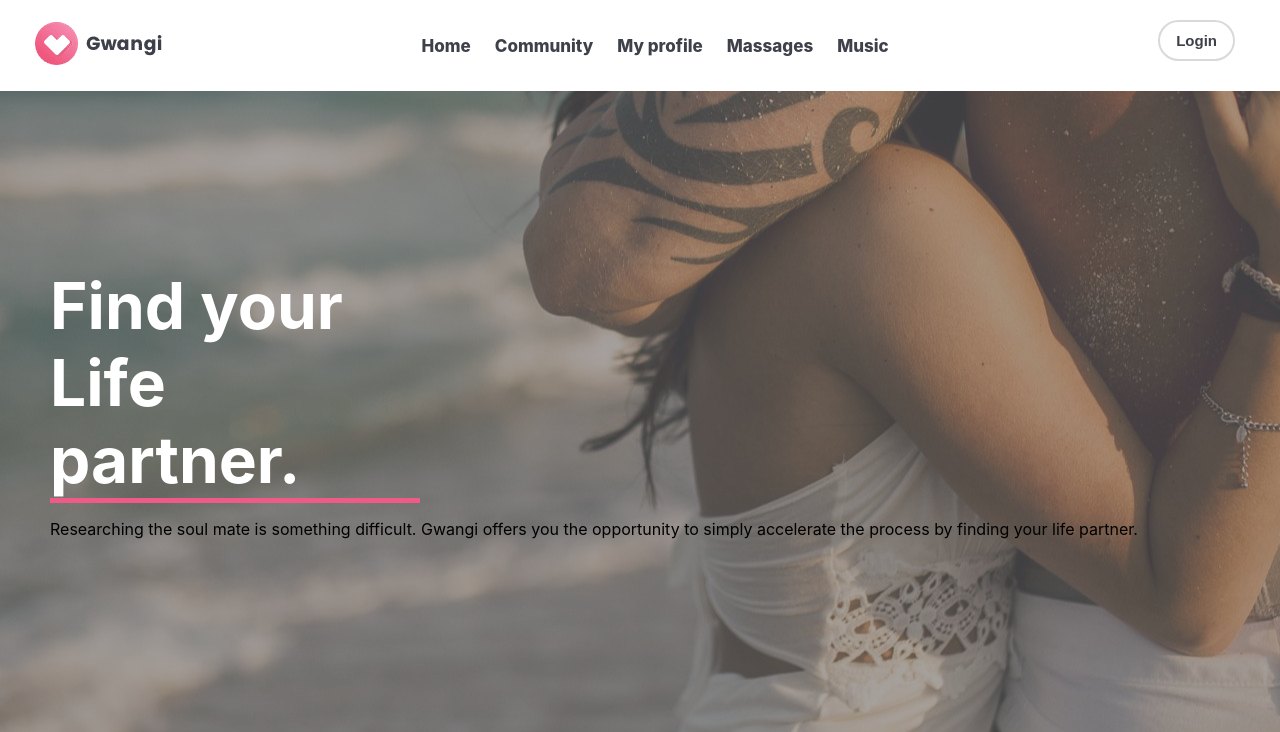
Repository: ShokunLiubov/Soc-Network-React
Page: /login
An editor plug-in stored every save of this project. The page is shown before and after the next save, followed by the edit.
The browser window is 1280 px wide. The pictures show the whole page.
The project was rebuilt for these pictures with package versions that can differ from the ones it lists, and the page was loaded fresh each time. Also part of the build but not shown: src/components/common/Paginator/Paginator.module.css, src/components/common/Paginator/Paginator.jsx, src/components/Community/Community.module.css, src/components/Community/Friend/Friend.jsx, src/components/Community/Community.jsx, src/components/common/Preloader/Preloader.jsx, src/components/Community/CommunityContainer.jsx, src/components/Dialogs/Dialogs.module.css and 14 more.

Above is the page before, as saved 2022-08-24 17:39:32.

### src/index.js
import reportWebVitals from './reportWebVitals';
import store from './redux/redux-store';
import React from 'react';
import ReactDOM from 'react-dom/client';
import './index.css';
import App from './App';
import { BrowserRouter } from 'react-router-dom';
import { Provider } from 'react-redux'

const root = ReactDOM.createRoot(document.getElementById('root'));

  root.render(

      <BrowserRouter>
        <Provider store={store}>
          <App />
        </Provider>
      </BrowserRouter>


  );


// If you want to start measuring performance in your app, pass a function
// to log results (for example: reportWebVitals(console.log))
// or send to an analytics endpoint. Learn more: https://bit.ly/CRA-vitals
reportWebVitals();

### src/redux/redux-store.js
import {combineReducers, legacy_createStore as createStore} from "redux"
import dialogsReducer from "./dialogs-reducer"
import profileReducer from "./profile-reducer"
import communityReducer from "./community-reducer"
import authReducer from "./auth-reducer"

let reducers = combineReducers({
    profilePage : profileReducer,
    dialogsPage : dialogsReducer,
    communityPage : communityReducer,
    auth: authReducer
})

let store = createStore(reducers)

export default store;

### src/App.js
import React from 'react';
import { Routes, Route } from "react-router-dom";
import './App.css';
import Registration from './components/Auth/Registration/Registration';
import CommunityContainer from './components/Community/CommunityContainer';
import DialogsContainer from './components/Dialogs/DialogsContainer';
import Home from './components/Home/Home';
import Music from './components/Music/Music';
import Navbar from './components/Navbar/Navbar';
import ProfileContainer from './components/Profile/ProfileContainer';

function App(props) {
  return (

    <div className='app-wrapper'>
      <Navbar />
      <Routes>
        <Route path='/home/*' element={<Home />} />

        <Route path='/community/*' element={<CommunityContainer />} />

        <Route path='/profile/:id' element={<ProfileContainer />} />
        <Route path='/profile/*' element={<ProfileContainer />} />

        <Route path='/dialogs/*' element={<DialogsContainer />} />

        <Route path='/music/*' element={<Music />} />

        <Route path='/login/*' element={<Registration />} />

      </Routes>

    </div>

  );
}

export default App;

### src/redux/dialogs-reducer.js
const SAND_MASSAGE = 'SAND-MASSAGE'
const UPDATE_NEW_MASSAGE_TEXT = 'UPDATE-NEW-MASSAGE-TEXT'

let initialState = {
    dialogsData: [
        { id: 1, name: 'Vika', ava: './../images/ava-w1.jpeg' },
        { id: 2, name: 'Eugen', ava: './../images/ava-m2.png' },
        { id: 3, name: 'Liubov', ava: './../images/ava-w3.jpeg' },
        { id: 4, name: 'Max', ava: './../images/ava-m1.jpeg' },
        { id: 5, name: 'Nika', ava: './../images/ava-w2.webp' }
    ],
    massagesData: [
        { id: 1, massage: 'Hi' },
        { id: 2, massage: 'How are you?' },
        { id: 3, massage: 'I am okey!' }
    ],
    newMassageText: ''
}

const dialogsReducer = (state = initialState, action) => {

    switch (action.type) {
        case SAND_MASSAGE:
            let text = state.newMassageText
            return {
                ...state,
                newMassageText: '',
                massagesData: [...state.massagesData, {id: Date.now(),massage: text}]
            }

        case UPDATE_NEW_MASSAGE_TEXT:
            return {
                ...state,
                newMassageText: action.newText
            }

        default:
            return state
    }

}

export const sandMassage = () => ({ type: SAND_MASSAGE })

export const onMassageChange = (text) =>
    ({ type: UPDATE_NEW_MASSAGE_TEXT, newText: text })

export default dialogsReducer;

### src/redux/profile-reducer.js
const ADD_POST = 'ADD-POST'
const UPDATE_NEW_POST_TEXT = 'UPDATE-NEW-POST-TEXT'
const SET_USER_PROFILE = 'SET-USER-PROFILE'

let initialState = {
    userProfile: {},
    postsData: [
        { id: 1, massage: 'Hi, how are you?', countLikes: '12', time: '29 minutes ago' },
        { id: 2, massage: 'It is my first post', countLikes: '99+', time: 'yesterday' },
        { id: 3, massage: 'My name Liubov, I am wife Eugen', countLikes: '32', time: 'week ago' }
    ],
    newPostText: ''
}

const profileReducer = (state = initialState, action) => {
    switch (action.type) {
        case ADD_POST:
            let newPost = {
                id: Date.now(),
                massage: state.newPostText,
                countLikes: '0',
                time: new Date().toLocaleTimeString()
            }
            return {
                ...state,
                newPostText: '',
                postsData: [newPost, ...state.postsData]
            }

        case UPDATE_NEW_POST_TEXT:
            return {
                ...state,
                newPostText: action.newText
            }
        case SET_USER_PROFILE:
            return {
                ...state,
                userProfile: action.profile

            }
        default:
            return state
    }


}

export const addPost = () => ({ type: ADD_POST })

export const updateNewPostText = (text) =>
    ({ type: UPDATE_NEW_POST_TEXT, newText: text })

export const setUserProfile = (profile) =>
    ({ type: SET_USER_PROFILE, profile})


export default profileReducer;

### src/redux/community-reducer.js
const FOLLOW = 'FOLLOW'
const UN_FOLLOW = 'UN-FOLLOW'
const SET_USERS = 'SET-USERS'
const SET_PAGE = 'SET-PAGE'
const SET_USERS_TOTAL_COUNT = 'SET-USERS-TOTAL-COUNT'
const TOGGLE_IS_FETCHING = 'TOGGLE-IS-FETCHING'

let initialState = {
    userData: [ ],
    pageSize: 10,
    totalUsersCount: 0,
    currentPage: 1,
    currentPageSize: 1,
    isFetching: false
}
const communityReducer = (state = initialState, action) => {
    switch (action.type) {
        case FOLLOW:
            return {
                ...state,
                userData: state.userData.map (user => {
                    if(user.id === action.userID) {
                        return {...user, followed: true}
                    }
                    return user
                })
            }
        case UN_FOLLOW:
            return {
                ...state,
                userData: state.userData.map (user => {
                    if(user.id === action.userID) {
                        return {...user, followed: false}
                    }
                    return user
                })
            }
        case SET_USERS:
            return {
                ...state,
                userData: action.users
            }
        case SET_PAGE:
            return {
                ...state,
                currentPage: action.page
                }
        case SET_USERS_TOTAL_COUNT:
            return {
                ...state,
                totalUsersCount: action.UsersTotalCount
            }
        case TOGGLE_IS_FETCHING:
            return {
                ...state,
                isFetching: action.isFetching
            }
        default:
            return state
    }
}

export const follow = (userID) => ({ type: FOLLOW, userID })

export const unFollow = (userID) => ({ type: UN_FOLLOW, userID })

export const setUsers = (users) => ({ type: SET_USERS, users })

export const setPage = (page) => ({ type: SET_PAGE, page })

export const setUsersTotalCount = (UsersTotalCount) => ({ type: SET_USERS_TOTAL_COUNT, UsersTotalCount })

export const toggleFetching = (isFetching) => ({ type: TOGGLE_IS_FETCHING, isFetching })

export default communityReducer;


// Создать кнопки prev next
// if(currentPage > 1) { prev
// } минус 1  при отрисовки подставляться значения, исключение первая страница
// Отображать в пагинации 5 стр и одну последнюю , учесть если будет меньше 5 стр

### src/redux/auth-reducer.js
const SET_USER_DATA = 'SET-USER-DATA'
// const UN_FOLLOW = 'UN-FOLLOW'

let initialState = {
    userId: undefined,
    email: undefined,
    login: undefined,
    isFetching: false
}
const authReducer = (state = initialState, action) => {
    switch (action.type) {
        case SET_USER_DATA:
            return {
                ...state,
                ...action.data
            }
        // case TOGGLE_IS_FETCHING:
        //     return {
        //         ...state,
        //         isFetching: action.isFetching
        //     }
        default:
            return state
    }
}

export const setUserData = (userId, email, login) => ({ type: SET_USER_DATA, data: {userId, email, login} })

// export const toggleFetching = (isFetching) => ({ type: TOGGLE_IS_FETCHING, isFetching })

export default authReducer;

### src/components/Auth/Registration/Registration.jsx
import React from 'react';
import styles from './Registration.module.css'

const Registration = () => {
    return (
        <div className={styles.background}>
            <div className={styles.registration}>
            <div className={styles.title}>Find your <br/>
            Life partner.</div>
            <p>Researching the soul mate is something difficult. Gwangi offers you the opportunity to simply accelerate the process by finding your life partner.</p>
            </div>

        </div>
    )
}

export default Registration;

### src/components/Dialogs/DialogsContainer.jsx
import React from 'react';
import { sandMassage, onMassageChange } from '../../redux/dialogs-reducer';
import Dialogs from './Dialogs';
import { connect } from 'react-redux'


let mapStateToProps = (state) => {
    return {
        dialogsData: state.dialogsPage.dialogsData,
        massagesData: state.dialogsPage.massagesData,
        newMassageText: state.dialogsPage.newMassageText
    }
}

const DialogsContainer = connect(mapStateToProps, { sandMassage, onMassageChange })(Dialogs)

export default DialogsContainer;

### src/components/Navbar/Navbar.jsx
import React from 'react';
import { NavLink } from 'react-router-dom';
import styles from './Navbar.module.css'

const Navbar = () => {
    return (
        <div className={styles.navbar}>
            {/* LOGO */}
            <div className={styles.logo}><img src='./../images/logotype.png' /></div>
             {/* LOGO */}

            {/* MENU */}
            <nav className={styles.menu}>
                <div className={styles.item}>
                    <NavLink to='/home' className={navData => navData.isActive ? styles.active : styles.item}>Home</NavLink>
                </div>
                <div className={styles.item}>
                    <NavLink to='/community' className={navData => navData.isActive ? styles.active : styles.item}>Community</NavLink>
                </div>
                <div className={styles.item}>
                    <NavLink to='/profile' className={navData => navData.isActive ? styles.active : styles.item}>My profile</NavLink>
                </div>
                <div to='/dialogs' className={styles.item}>
                    <NavLink to='/dialogs' className={navData => navData.isActive ? styles.active : styles.item}>Massages</NavLink>
                </div>
                <div className={styles.item}>
                    <NavLink to='/music' className={navData => navData.isActive ? styles.active : styles.item}>Music</NavLink>
                </div>
            </nav>
            {/* MENU */}

            {/* LOGIN */}
            <NavLink to='/login' className={styles.login}>
                <button className='button'>Login</button>
            </NavLink>
            {/* LOGIN */}

        </div>
    )
}

export default Navbar;

### src/components/Auth/Registration/Registration.module.css
.background {
    background-image: url(./../../../../public/images/registration-bgr.jpeg);
    background-repeat: no-repeat;
    background-position: center;
    width: 100%;
    height: 89vh;
    position: relative;
    display: flex;
    align-items: center;
}

.background::before {
    content: " ";
    width: 100%;
    height: 89vh;
    background-color: #696a6e99;
    position: absolute;
    z-index: 1;
}

.registration {
    margin-left: 50px;
    position: relative;
    z-index: 20;
}

.title {
    color: #ffffff;
    font-size: 64px;
    max-width: 370px;
    font-weight: 700;
    border-bottom: 5px solid #ef5b86;
}

### src/components/Navbar/Navbar.module.css
.navbar {
    display: flex;
    justify-content: space-between;
    align-items: center;
    padding: 20px 35px;
    background-color: #ffffff;
}

.logo {
    cursor: pointer;
}

.menu {
    display: flex;
}

.item a {
    margin: 0 12px;
    font-size: 17px;
    color: #3e404a;
    font-weight: 800;
    cursor: pointer;
    text-decoration: none;
}

.item a.active {
    color: #ef5b86;
}

.login {
    text-decoration: none;
}

### src/components/Profile/Profile_body/MyPosts/Post/Post.module.css
.post {
    background-color: #ffffff;
    border: 1px solid #e8e8e9;
    border-radius: 10px;
    margin: 50px 0;
    position: relative;
    width: 70%;
    min-height: 100px;
}

.personInfo img {
    position: absolute;
    top: -20px;
    left: -20px;
    width: 80px;
    height: 80px;
    object-fit: cover;
    border-radius: 10px;
}

.personInfo {
    display: flex;
}

.postInfo {
    margin: 10px 80px;
}

.nickname {
    color: #3e404a;
    font-size: 18px;
    font-weight: 700;
}

.time {
    color: #9da6b0;
    font-size: 12px;
    font-weight: 600;
    margin-top: 5px;
}

.massage {
    color: #9ca6af;
    font-size: 15px;
    font-weight: 700;
    margin: 10px 80px;
}

.like {
    width: 100%;
    display: flex;
    justify-content: end;
}

button{
    background: none;
    border: none;
    display: flex;
    align-items: center;
    margin: 0 10px 10px;
}

.countLike {
    margin-left: 5px;
    color: #9da6b0;
    font-size: 12px;
    font-weight: 500;
}

Loaded but not shown: public/index.html (common file); src/reportWebVitals.js (common file); src/index.css (common file); src/App.css (common file); src/components/Home/Home.module.css (no stored copy; drawn as an empty file); src/components/Music/Music.module.css (no stored copy; drawn as an empty file); src/components/Profile/Profile.module.css (no stored copy; drawn as an empty file)

After the next save:
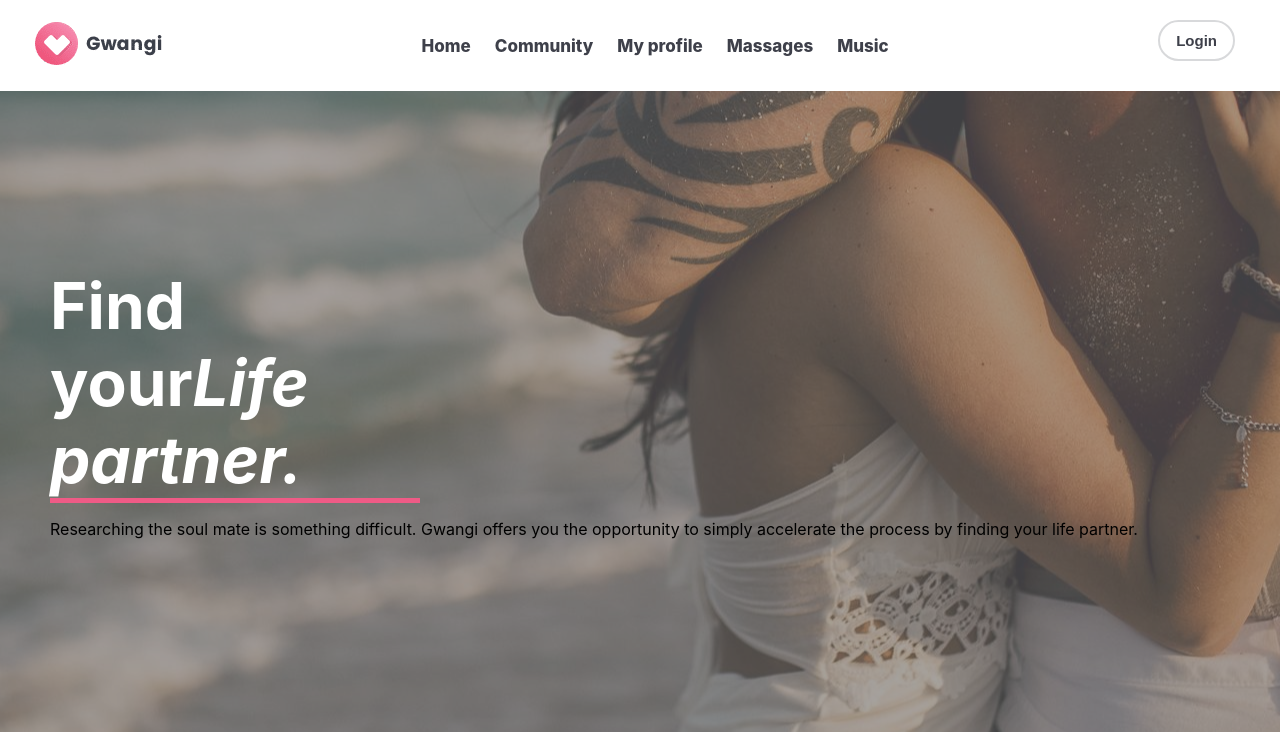
Saved 54 s later.
--- a/src/components/Auth/Registration/Registration.jsx
+++ b/src/components/Auth/Registration/Registration.jsx
@@ -5,8 +5,8 @@ const Registration = () => {
     return (
         <div className={styles.background}>
             <div className={styles.registration}>
-            <div className={styles.title}>Find your <br/>
-            Life partner.</div>
+            <div className={styles.title}>Find your
+            <i>Life partner.</i></div>
             <p>Researching the soul mate is something difficult. Gwangi offers you the opportunity to simply accelerate the process by finding your life partner.</p>
             </div>
 
